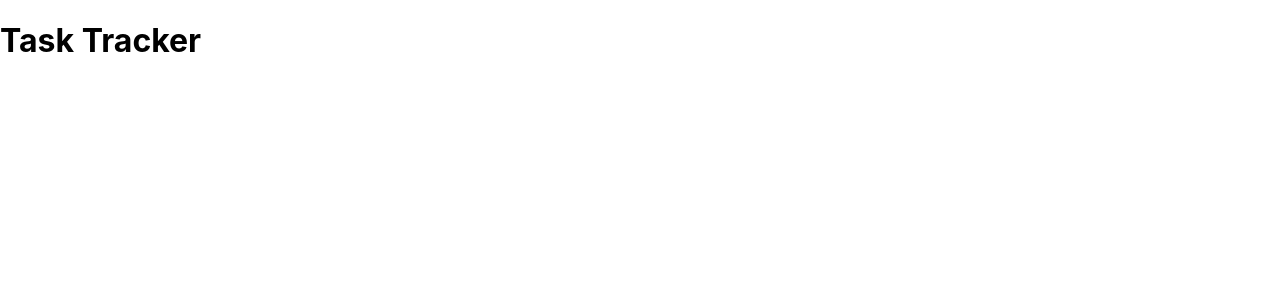
Repository: kate30980/task-tracker-reactjs
Page: /
The author's editor kept a copy of each file at every save. The page is drawn from the files as they stood at one save, then again after a run of saves.
The browser window is 1280 px wide. The pictures show the whole page.
The project was rebuilt for these pictures with package versions that can differ from the ones it lists, and the page was loaded fresh each time.

Above is the page before, as saved 2021-09-19 14:26:28.

### public/index.html
<!DOCTYPE html>
<html lang="en">

<head>
  <meta charset="utf-8" />
  <link rel="icon" href="%PUBLIC_URL%/favicon.ico" />
  <meta name="viewport" content="width=device-width, initial-scale=1" />
  <meta name="theme-color" content="#000000" />
  <meta name="description" content="Web site created using create-react-app" />
  <link rel="apple-touch-icon" href="%PUBLIC_URL%/logo192.png" />
  <!--
      manifest.json provides metadata used when your web app is installed on a
      user's mobile device or desktop. See https://developers.google.com/web/fundamentals/web-app-manifest/
    -->
  <link rel="manifest" href="%PUBLIC_URL%/manifest.json" />
  <!--
      Notice the use of %PUBLIC_URL% in the tags above.
      It will be replaced with the URL of the `public` folder during the build.
      Only files inside the `public` folder can be referenced from the HTML.

      Unlike "/favicon.ico" or "favicon.ico", "%PUBLIC_URL%/favicon.ico" will
      work correctly both with client-side routing and a non-root public URL.
      Learn how to configure a non-root public URL by running `npm run build`.
    -->
  <title>Task Tracker</title>
</head>

<body>
  <noscript>You need to enable JavaScript to run this app.</noscript>
  <div id="root"></div>
  <!--
      This HTML file is a template.
      If you open it directly in the browser, you will see an empty page.

      You can add webfonts, meta tags, or analytics to this file.
      The build step will place the bundled scripts into the <body> tag.

      To begin the development, run `npm start` or `yarn start`.
      To create a production bundle, use `npm run build` or `yarn build`.
    -->
</body>

</html>

### src/components/Header.js
// import PropTypes from "prop-types";

const Header = ({ title }) => {
  return (
    <header>
      <h1>{title}</h1>
    </header>
  );
};

Header.defaultProps = {
  title: "Task Tracker",
};

export default Header;

Loaded but not shown: src/index.js (common file); src/index.css (common file); src/App.js (common file); src/reportWebVitals.js (common file)

After the next 2 saves:
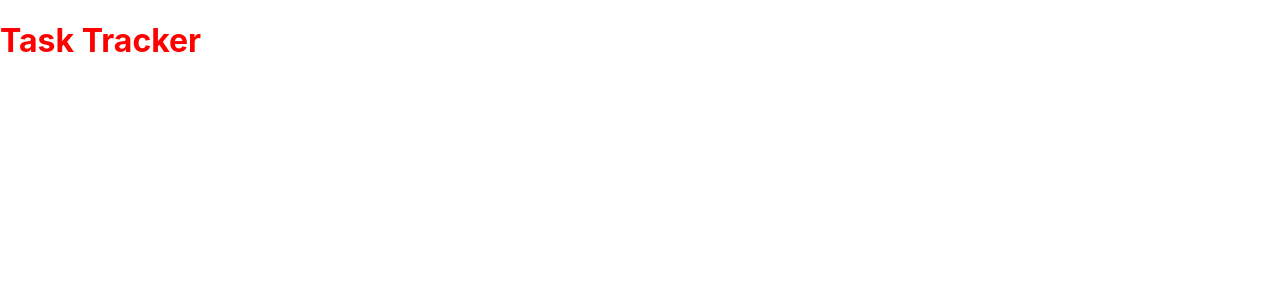
The 2 saves are shown as one change because 1 did not build or start.
The last was saved 94 s later.
--- a/src/components/Header.js
+++ b/src/components/Header.js
@@ -1,9 +1,9 @@
-// import PropTypes from "prop-types";
+import PropTypes from "prop-types";
 
 const Header = ({ title }) => {
   return (
     <header>
-      <h1>{title}</h1>
+      <h1 style={{ color: "red" }}>{title}</h1>
     </header>
   );
 };
@@ -12,4 +12,8 @@ Header.defaultProps = {
   title: "Task Tracker",
 };
 
+Header.propTypes = {
+  title: PropTypes.string.isRequired,
+};
+
 export default Header;
